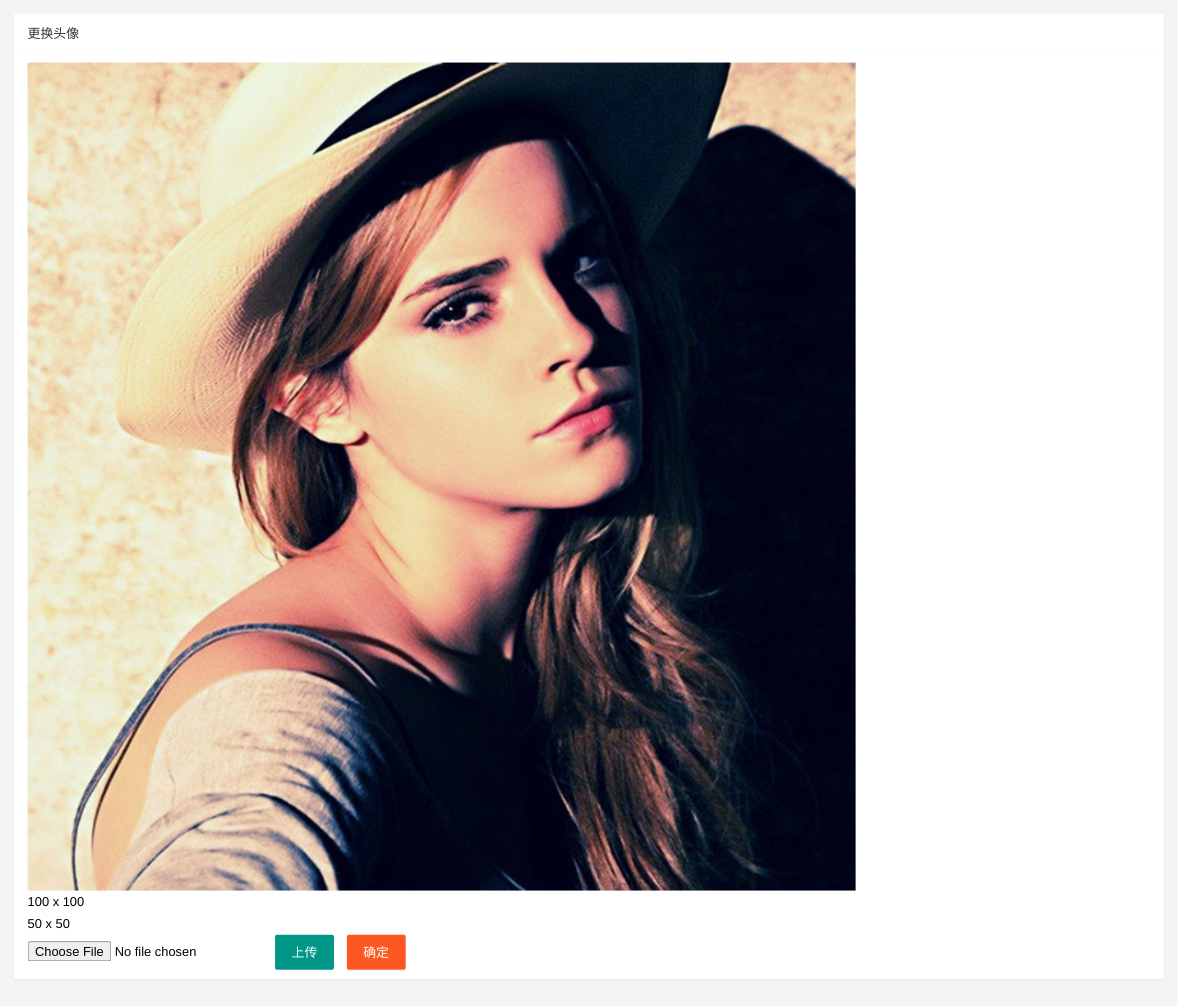
Repository: Janshen111/web_bigevent
Page: user/user_avatar.html
These files come from the project's save history. The page is drawn as it stood at one moment and after the next save; the edit follows.
The browser window is 1280 px wide. The pictures show the whole page, at 92% of full size.

Above is the page before, as saved 2022-09-01 12:34:30.

After the next save:
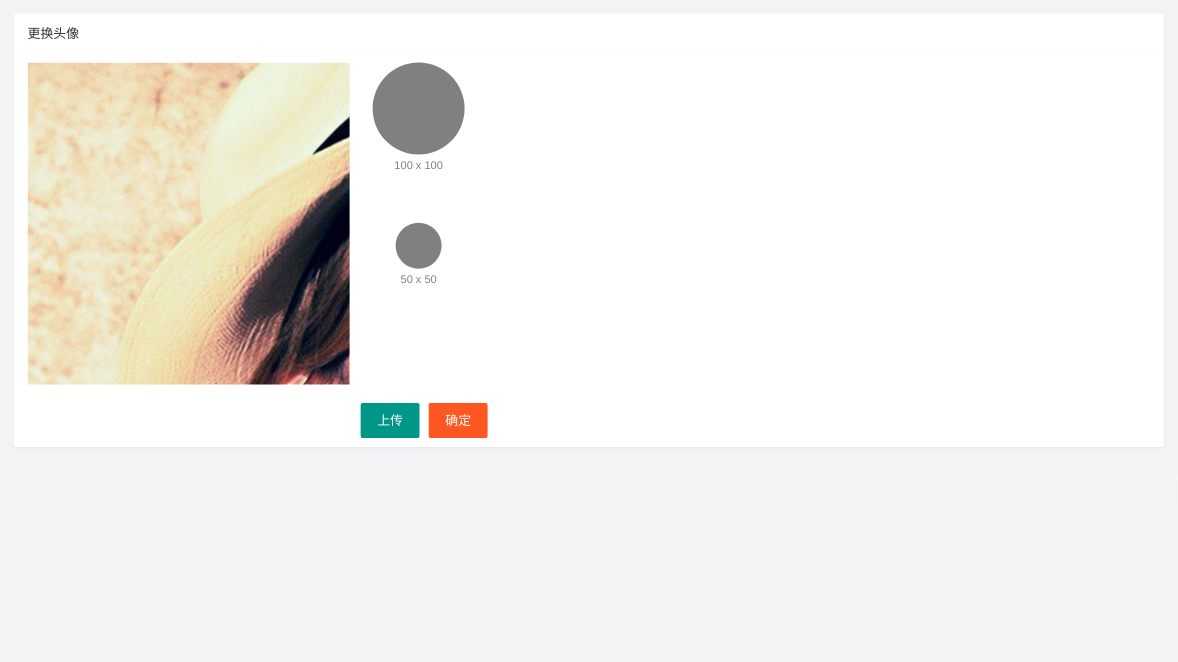
Saved 2 min 36 s later.
--- a/assets/user/user_avatar.css
+++ b/assets/user/user_avatar.css
@@ -2,9 +2,92 @@ html,
 body {
     margin: 0;
     padding: 0;
+    background: #F2F3F5;
 }
 
 body {
     padding: 15px;
-    background-color: #f3f4f5;
 }
+
+
+/* 设置卡片主体区域的宽度 */
+
+.layui-card-body {
+    width: 500px;
+}
+
+
+/* 设置按钮行的样式 */
+
+.row2 {
+    display: flex;
+    justify-content: flex-end;
+    margin-top: 20px;
+}
+
+
+/* 设置裁剪区域的样式 */
+
+.cropper-box {
+    width: 350px;
+    height: 350px;
+    background-color: cyan;
+    overflow: hidden;
+}
+
+
+/* 设置第一个预览区域的样式 */
+
+.w100 {
+    width: 100px;
+    height: 100px;
+    background-color: gray;
+}
+
+
+/* 设置第二个预览区域的样式 */
+
+.w50 {
+    width: 50px;
+    height: 50px;
+    background-color: gray;
+    margin-top: 50px;
+}
+
+
+/* 设置预览区域下方文本的样式 */
+
+.size {
+    font-size: 12px;
+    color: gray;
+    text-align: center;
+}
+
+
+/* 设置图片行的样式 */
+
+.row1 {
+    display: flex;
+}
+
+
+/* 设置 preview-box 区域的的样式 */
+
+.preview-box {
+    display: flex;
+    flex-direction: column;
+    flex: 1;
+    align-items: center;
+}
+
+
+/* 设置 img-preview 区域的样式 */
+
+.img-preview {
+    overflow: hidden;
+    border-radius: 50%;
+}
+
+#file {
+    display: none;
+}
